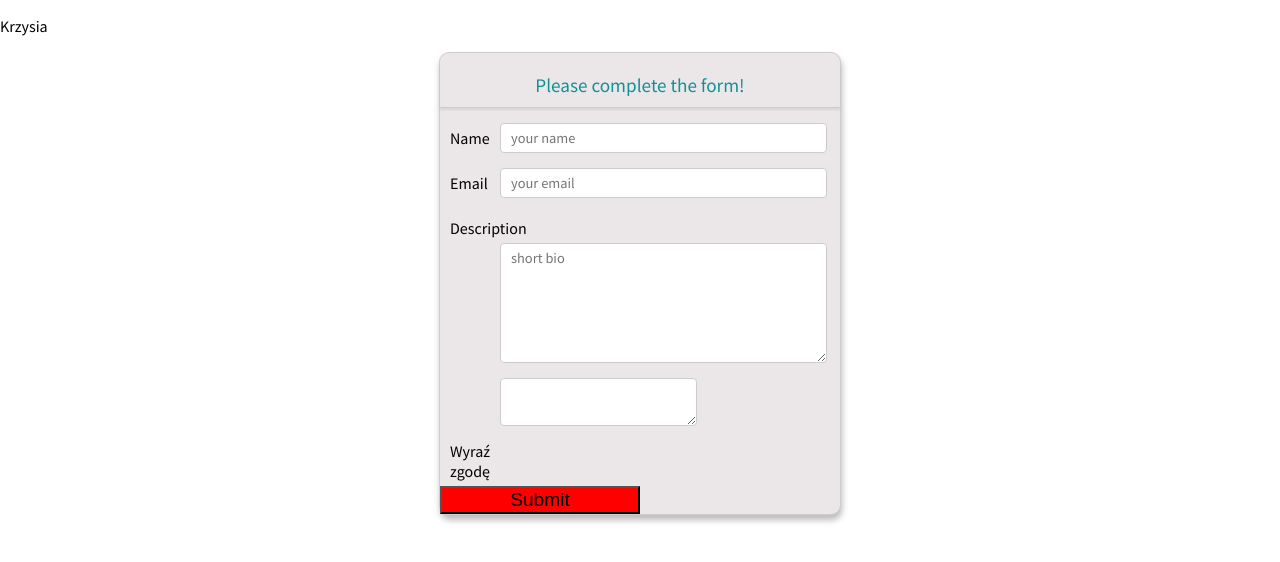
Repository: KrzysKolo/sr_tydzien4_zad2
Page: /
These files come from the project's save history. The page is drawn as it stood at one moment and after the next save; the edit follows.
The browser window is 1280 px wide. The pictures show the whole page.
The project was rebuilt for these pictures with package versions that can differ from the ones it lists, and the page was loaded fresh each time. Also part of the build but not shown: src/components/formComponents/ErrorMessage.js, src/components/formComponents/Message.js.

Above is the page before, as saved 2020-11-27 20:48:30.

### src/index.css
@import url("https://fonts.googleapis.com/css?family=Source+Sans+Pro");
body {
  margin: 0;
  font-family: "Source Sans Pro", sans-serif;
}

code {
  font-family: source-code-pro, Menlo, Monaco, Consolas, "Courier New",
    monospace;
}

### src/App.js
import React from 'react'
import Form from './components/Form';

function App() {
  return (
    <div>
      <p>Krzysia</p>
      <Form />
    </div>
  )
}

export default App

### src/components/Form.js
import React, { Component } from 'react';
import Input from './formComponents/Input';
import TextArea from './formComponents/TextArea';
import Checkbox from './formComponents/Checkbox';
import Button from './formComponents/Button';
import Header from './formComponents/Header';
import Message from './formComponents/Message';
import styled from 'styled-components';

const ContainerForm = styled.form`
width: 80%;
max-width: 400px;
background: rgb(235, 231, 232);
border: 1px solid rgb(206, 204, 204);
border-radius: 10px;
box-shadow: 1px 5px 6px rgb(189, 185, 189);
margin: 0 auto;
`;

class Form extends Component {

state = {
    Name: '',
    Email: '',
    Description: '',
    accept: false,
    message: '',
    errors: {
        Name: false,
        Email: false,
        Description: false,
        accept: false,
        }
}
message = {
    Name_incorrect: "Nazwa musi być dłuższa niż 5 znaków i nie może zawierać spacji",
    Email_incorrect: "Brak @ lub adres zawiera spacje",
    Description_incorrect: "Opis musi zawierać co najmniej 3 znaki",
    accept_incorrect: "Nie potwierdziłeś regulaminu",
}

handleChange = e =>{
    const inputName = e.target.name;
    const type = e.target.type
    if(type === "text" || type === "email" ) {
        const value = e.target.value;
        this.setState({
            [inputName] : value,
        })
    } else if (type === "checkbox") {
      const checked = e.target.checked;
      console.log(checked);
      this.setState({
        [inputName]: checked,
      })
    }
}
onSubmit = e => {
    e.preventDefault();
    const validation = this.formValidation();
    if(validation.correct) {
      this.setState({
        Name: "",
        Email: "",
        Description: '',
        accept: false,
        message: "The form has been submitted!",
        errors: {
          Name: false,
          Email: false,
          Description: false,
          accept: false,
        }
      })
      console.log(this.state.message);
    } else {
      this.setState({
        errors: {
          Name: !validation.Name,
          Email: !validation.Email,
          Description: !validation.Description,
        }
      })
    }
}

formValidation = () => {
    let Name = false;
    let Email = false;
    let Description = false;
    let accept = false;
    let correct = false;
    if(this.state.Name.length > 5) {
      Name = true;
    }
    if(this.state.Email.indexOf('@') !== -1 && this.state.Email.lastIndexOf(' ') === -1) {
      Email = true;
    }
    if(this.state.Description.length >= 3) {
      Description = true;
    }
    if(this.state.accept) {
      accept = true;
    }
    if (Name && Email && Description && accept){
        correct = true;
      }
   return ({
      Name,
      Email,
      Description,
      correct,

    })

  }

    render () {

    return (
        <ContainerForm onSubmit={this.onSubmit} noValidate>
          <Header />
          <Input type="text" placeholder="your name" value={this.state.Name} name="Name" onChange={this.handleChange} errorInfo={this.state.errors.Name} message={this.message.Name_incorrect} />
          <Input type="email" placeholder="your email" value={this.state.Email} name="Email" onChange={this.handleChange} errorInfo={this.state.errors.Email} message={this.message.Email_incorrect} />
          <TextArea  type="text" rows="6" placeholder="short bio" value={this.state.Description} name="Description" onChange={this.handleChange} errorInfo={this.state.errors.Description} message={this.message.Description_incorrect} />
          <Checkbox  type="checkbox" name="accept" checked={this.state.accept}  onChange={this.handleChange} errorInfo={this.state.errors.accept} message={this.message.accept_incorrect} />
          <Button type="submit" />
          {this.state.message && <Message message={this.state.message} /> }
        </ContainerForm>
    )
    }
}

export default Form

### src/components/formComponents/Input.js
import React from 'react'
import styled from 'styled-components';
import ErrorMessage from './ErrorMessage';
const InputDiv = styled.div`
    display: flex;
    flex-direction: row;
    align-content: center;
    margin: 0 auto;
    padding-top: 5px;

`;
const InputLabel = styled.label`
    width: 10%;
    font-size: 1rem;
    padding: 5px 10px;
`;
const inputStyles = errorInfo => `
    width: 80%;
    max-width: 305px;
    padding: 5px 10px;
    border: 1px solid ${errorInfo ? '#d3170d' : '#ccc'};
    border-radius: 4px;
    font-family: inherit;
    font-size: 0.9rem;
    ${!errorInfo && 'margin-bottom: 10px;'}
`;
const InputError = styled.input`
    ${props => inputStyles(props.errorInfo)}
`;

const TextArea = (props) => {
    const { name, message, errorInfo }= props;
    return (
        <>
            <InputDiv>
                <InputLabel htmlFor={name} >{name} </InputLabel>
                <InputError id={name} {...props} errorInfo={errorInfo} message={message}/>
            </InputDiv>
            {errorInfo && <ErrorMessage message={message} /> }
        </>
    )

}

export default TextArea;

### src/components/formComponents/TextArea.js
import React from 'react'
import styled from 'styled-components';
import ErrorMessage from './ErrorMessage';

const TextAreaDiv = styled.div`
    display: flex;
    flex-direction: column;
    align-content: center;
    margin: 0 auto;
    padding-top: 5px;

`;
const TextAreaLabel = styled.label`
    width: 10%;
    font-size: 1rem;
    padding: 5px 10px;
`;
const textAreaStyles = errorInfo => `
    width: 80%;
    max-width: 305px;
    margin: 0 auto 0 15%;
    padding: 5px 10px;
    border: 1px solid ${errorInfo ? '#d3170d' : '#ccc'};
    border-radius: 4px;
    font-family: inherit;
    font-size: 0.9rem;
    ${!errorInfo && 'margin-bottom: 10px;'}
`;
const TextAreaError = styled.textarea`
    ${props => textAreaStyles(props.errorInfo)}
`;

const Input = (props) => {
    const { name, message, errorInfo }= props;
    return (
        <>
            <TextAreaDiv>
                <TextAreaLabel htmlFor={name}>{name} </TextAreaLabel>
                <TextAreaError id={name} {...props} errorInfo={errorInfo} message={message}/>
            </TextAreaDiv>
            {errorInfo && <ErrorMessage message={message} /> }
        </>
    )

}

export default Input;

### src/components/formComponents/Checkbox.js
import React from 'react'
import styled from 'styled-components';
import ErrorMessage from './ErrorMessage';

const CheckboxDiv = styled.div`
    display: flex;
    flex-direction: column;
    align-content: center;
    margin: 0 auto;
    padding-top: 5px;

`;
const CheckboxDivLabel = styled.label`
    width: 10%;
    font-size: 1rem;
    padding: 5px 10px;
`;
const checkboxDivStyles = errorInfo => `

    margin: 0 auto 0 15%;
    padding: 5px 10px;
    border: 1px solid ${errorInfo ? '#d3170d' : '#ccc'};
    border-radius: 4px;
    font-family: inherit;
    font-size: 0.9rem;
    ${!errorInfo && 'margin-bottom: 10px;'}
`;
const CheckboxDivError = styled.textarea`
    ${props => checkboxDivStyles(props.errorInfo)}
`;

const Checkbox = (props) => {
    const { name, message, errorInfo }= props;
    return (
        <>
            <CheckboxDiv>
                <CheckboxDivError id={name} {...props} errorInfo={errorInfo} message={message}/>
                <CheckboxDivLabel htmlFor={name}>Wyraź zgodę </CheckboxDivLabel>
            </CheckboxDiv>
            {errorInfo && <ErrorMessage message={message} /> }
        </>
    )

}

export default Checkbox;

### src/components/formComponents/Button.js
import React from 'react'
import styled from 'styled-components';

const BtnSubmit = styled.button`
 width: 200px;
 background: red;
 font-size: 1.2rem;
`;

const Button = () => {
    return (
        <BtnSubmit>Submit</BtnSubmit>
    )
}

export default Button;

### src/components/formComponents/Header.js
import React from 'react';
import styled from 'styled-components';

const HeaderTitle = styled.header`
    border-bottom: 1px solid rgb(206, 204, 204);
    box-shadow: 0 2px 2px rgba(189, 185, 189, 0.4);
    color: rgb(19, 144, 150);
    font-size: 1.2rem;
    font-wight: 900;
    padding: 10px;
    margin: 10px auto;
    text-align: center;

`;

const Header = () => {
    return (
        <HeaderTitle>
            Please complete the form!
        </HeaderTitle>
    )
}

export default Header;

Loaded but not shown: public/index.html (common file); src/index.js (common file)

After the next save:
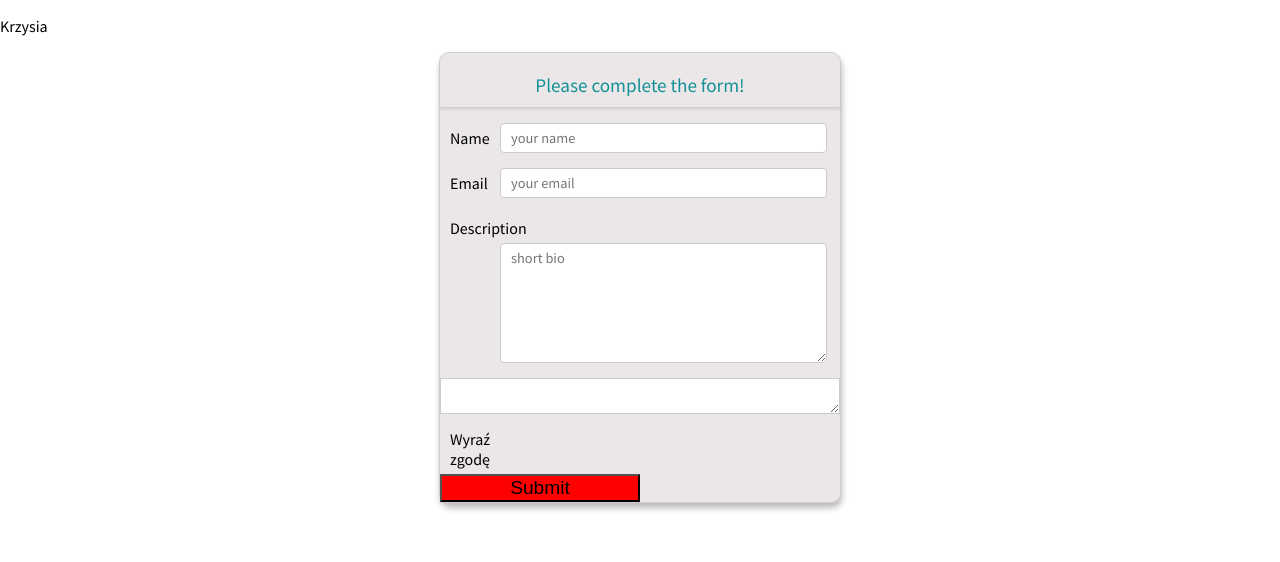
Saved 2 min 52 s later.
--- a/src/components/formComponents/Checkbox.js
+++ b/src/components/formComponents/Checkbox.js
@@ -16,13 +16,7 @@ const CheckboxDivLabel = styled.label`
     padding: 5px 10px;
 `;
 const checkboxDivStyles = errorInfo => `
-
-    margin: 0 auto 0 15%;
-    padding: 5px 10px;
     border: 1px solid ${errorInfo ? '#d3170d' : '#ccc'};
-    border-radius: 4px;
-    font-family: inherit;
-    font-size: 0.9rem;
     ${!errorInfo && 'margin-bottom: 10px;'}
 `;
 const CheckboxDivError = styled.textarea`
